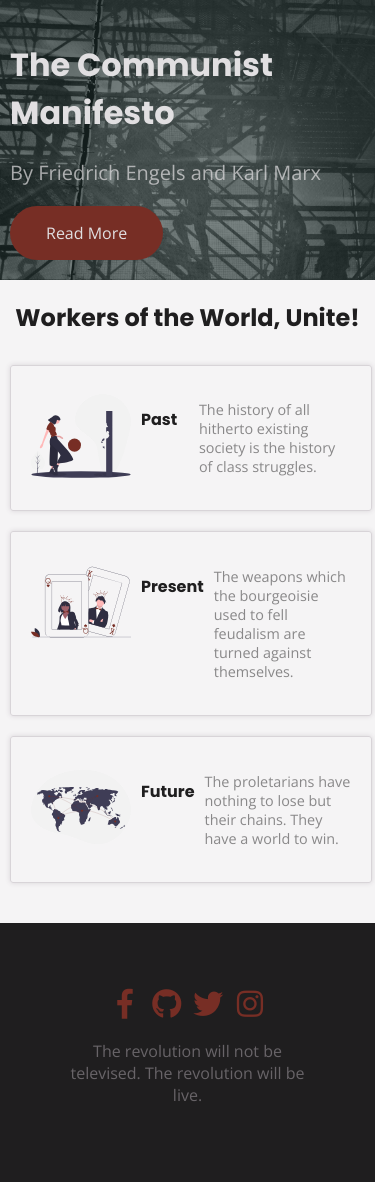
Repository: eaang/landing
Page: index.html
The author's editor kept a copy of each file at every save. The page is drawn from the files as they stood at one save, then again after the next save.
The browser window is 375 px wide. The pictures show the whole page.
Some web libraries are served in a nearby version.

Above is the page before, as saved 2020-06-10 17:19:00.

### index.html
<!DOCTYPE html>
<html>
  <head>
    <meta charset="UTF-8" />
    <title>The Communist Manifesto</title>
    <link rel="shortcut icon" href="data:[embedded picture, 18 characters]" type="image/x-icon" />
    <!-- We need this line below for responsiveness! -->
    <meta name="viewport" content="width=device-width, initial-scale=1" />
    <link rel="stylesheet" href="css/style.css" />
  </head>
  <body>
    <!-- code a Hero / Banner section -->
    <div class="banner">
      <div class="container">
        <h1>The Communist Manifesto</h1>
        <p>By Friedrich Engels and Karl Marx</p>
        <a class="btn-primary" href="#">Read More</a>
      </div>
    </div>
    <!-- code a "How it works" section -->
    <div class="container">
      <h2 class="text-center">Workers of the World, Unite!</h2>
      <div class="cards">
        <div class="card">
          <img src="images/struggle.svg" alt="" />
          <div class="card-titles"><h4>Past</h4></div>
          <div class="card-text"><p>
            The history of all hitherto existing society is the history of class
            struggles.
          </p></div>
        </div>

        <div class="card">
          <img src="images/feudal.svg" alt="" />
          <div class="card-titles"><h4>Present</h4></div>
          <div class="card-text"><p>
            The weapons which the bourgeoisie used to fell feudalism are turned
            against themselves.
          </p></div>
        </div>

        <div class="card">
          <img src="images/future.svg" alt="" />
          <div class="card-titles"><h4>Future</h4></div>
          <div class="card-text"><p>
            The proletarians have nothing to lose but their chains. They have a
            world to win.
          </p></div>
        </div>
      </div>
    </div>
    <!-- code a footer -->
    <div class="footer">
      <div class="links">
        <a href="#"><i class="fab fa-fw fa-facebook-f"></i></a>
        <a href="#"><i class="fab fa-fw fa-github"></i></a>
        <a href="#"><i class="fab fa-fw fa-twitter"></i></a>
        <a href="#"><i class="fab fa-fw fa-instagram"></i></a>
        <p>
          The revolution will not be televised. The revolution will be live.
        </p>
      </div>
    </div>
  </body>
</html>

### css/style.css
/* Fonts */
@import url("https://fonts.googleapis.com/css?family=Open+Sans:400,700|Poppins:700");

/* Fontawesome */
@import url("https://use.fontawesome.com/releases/v5.6.3/css/all.css");

/* Utilities */
body {
  margin: 0;
  font-family: Open Sans;
  background-color: #f5f4f5;
  color: #1f1e1f;
}

h1,
h2,
h3,
h4 {
  font-family: Poppins;
}

a {
  text-decoration: none;
}

.text-center {
  text-align: center;
}
/* Custom design below! */
.container {
  max-width: 900px;
  margin: auto;
}

/* Banner design */
.banner:before {
  content: " ";
  display: block;
  position: absolute;
  left: 0;
  top: 0;
  width: 100%;
  height: 100%;
  z-index: 1;
  opacity: 0.4;
  background-image: url("../images/background.jpg");
  background-repeat: no-repeat;
  background-position: 50% 0;
  -ms-background-size: cover;
  -o-background-size: cover;
  -moz-background-size: cover;
  -webkit-background-size: cover;
  background-size: cover;
}
.banner {
  position: relative;
  background: #203130;
  overflow: hidden;
  padding: 200px 0;
}
.banner h1 {
  position: relative;
  z-index: 2;
  color: #e1dfe1;
}
.banner p {
  position: relative;
  z-index: 2;
  color: #e1dfe1;
  opacity: 0.7;
  font-size: 20px;
}
.btn-primary {
  position: relative;
  z-index: 2;
  display: inline-block;
  background-color: #772e25;
  padding: 16px 36px;
  border-radius: 50px;
  color: #e1dfe1;
}

/* Cards design */
.cards {
  flex-wrap: wrap;
  display: flex;
  justify-content: space-between;
  margin-bottom: 30px;
}
.card {
  max-width: 200px;
  border-radius: 3px;
  box-shadow: 0 0 5px rgb(216, 212, 216);
  text-align: center;
  padding: 20px;
  border: 1px solid rgb(216, 212, 216);
}
.card img {
  height: 100px;
}
.card p {
  opacity: 0.5;
  font-size: 0.9em;
}

/* Footer design */
.footer {
  text-align: center;
  padding: 60px;
  background-color: #1f1e1f;
}
.footer a {
  font-size: 30px;
  color: #772e25;
}
.footer p {
  color: #686468;
}

/* Media Queries */

@media only screen and (max-width: 1000px) {
  .banner {
    padding: 50px 20px;
  }
  .cards {
    padding: 0px 10px 0px 10px;
  }
  .card {
    margin: 0 10px;
  }
}
@media only screen and (max-width: 830px) {
  .cards {
    flex-direction: column;
  }
  .card {
    min-width: 90%;
    margin: 10px auto;
    display: flex;
    justify-content: space-between;
    text-align: left;
  }
  .card img {
    width: 100px;
  }
  .card-titles {
    flex: 1 0 auto;
    text-align: left;
    padding-left: 10px;
    margin-right: 10px;
    min-width: 15%;
  }
  .card-text {
    max-width: 70%;
  }
}
@media only screen and (max-width: 600px) {
  .banner {
    padding: 20px 10px;
  }
  .banner h1 {
    size: 0.5em
  }
  .banner p {
    size: 1em
  }
}

After the next save:
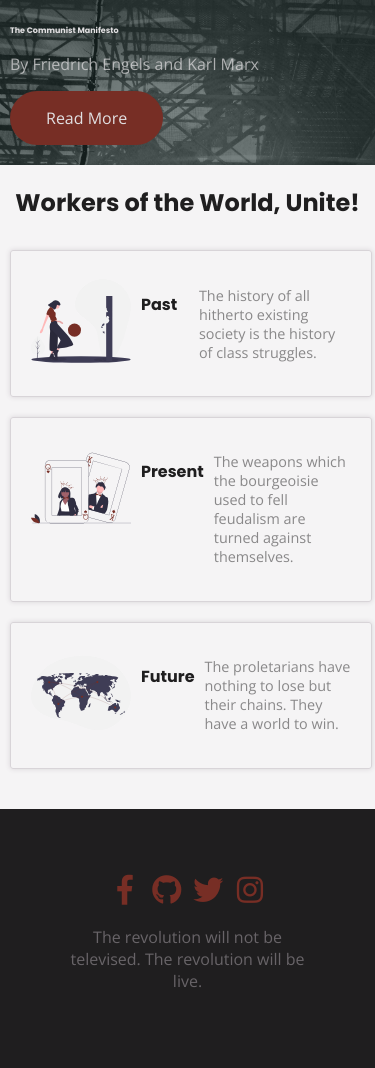
Saved 17 s later.
--- a/css/style.css
+++ b/css/style.css
@@ -160,9 +160,9 @@ a {
     padding: 20px 10px;
   }
   .banner h1 {
-    size: 0.5em
+    font-size: 0.5em
   }
   .banner p {
-    size: 1em
+    font-size: 1em
   }
 }
